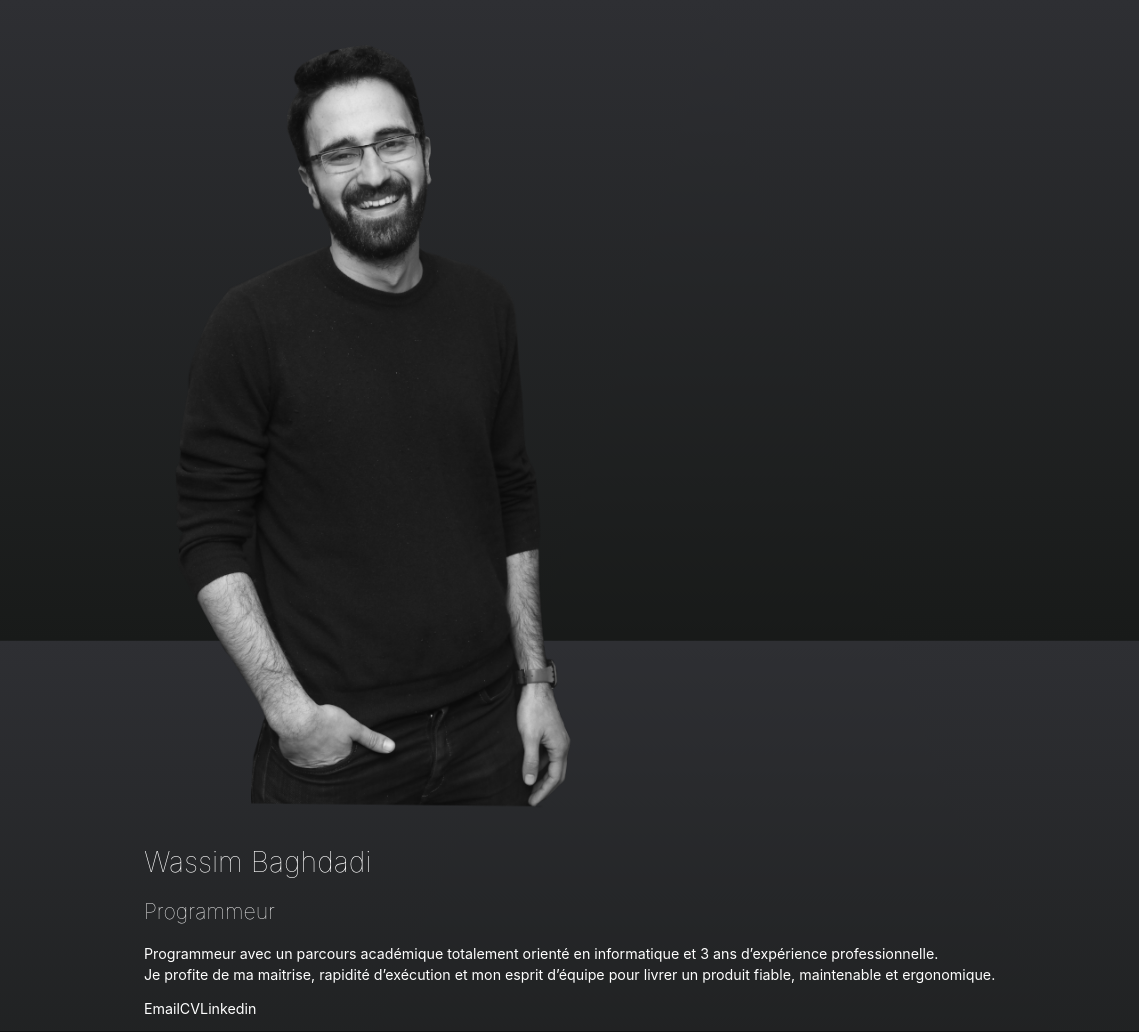
Repository: vvassim-baghdadi/wassimbaghdadi
Page: /
The author's editor kept a copy of each file at every save. The page is drawn from the files as they stood at one save, then again after the next save.
The browser window is 1280 px wide. The pictures show the whole page, at 89% of full size.
The project was rebuilt for these pictures with package versions that can differ from the ones it lists, and the page was loaded fresh each time. The framework's server and built-in components were replaced by stand-ins that run in the browser. Also part of the build but not shown: next.config.js.

Above is the page before, as saved 2023-01-18 12:15:12.

### src/pages/index.tsx
import Head from 'next/head'
import Image from 'next/image'
import { Inter } from '@next/font/google'
import styles from '../styles/Home.module.css'

const inter = Inter({ subsets: ['latin'] })

export default function Home() {
  return (
    <>
      <Head>
        <title>Wassim Baghdadi</title>
        <meta name="description" content="Generated by create next app" />
        <meta name="viewport" content="width=device-width, initial-scale=1" />
        <link rel="icon" href="/favicon.ico" />
      </Head>
      <main>
        <div className="content">
        <div className="image-container">
          <img
            srcSet="
              /assets/images/wassim-baghdadi/wassim-baghdadi-600x900.png 600w,
              /assets/images/wassim-baghdadi/wassim-baghdadi-200x300.png 200w
            "
            sizes="(max-width: 600px) 200px, 600px"
            src="/assets/images/wassim baghdadi/Wassim Baghdadi 600x900.png"
            loading="lazy"
            className="wassim-photo"
            alt="Wassim Baghdadi Photo"
          />
        </div>
        <div className={styles.info}>
          <h1>Wassim Baghdadi</h1>
          <h2>Programmeur</h2>
          <p>
            Programmeur avec un parcours académique totalement orienté en
            informatique et 3 ans d’expérience professionnelle.
            <br />
            Je profite de ma maitrise, rapidité d’exécution et mon esprit
            d’équipe pour livrer un produit fiable, maintenable et ergonomique.
          </p>
          <div className="links">
            <a
              className="button"
              href="mailto:vvassim.baghdadi@gmail.com"
              download
              target="_blank"
              >Email</a
            ><a
              className="button"
              href="./assets/files/CV-Wassim Baghdadi.pdf"
              download
              target="_blank"
              >CV</a
            >
            <a
              className="button"
              href="https://www.linkedin.com/in/wassim-baghdadi-7459b210a/"
              >Linkedin</a
            >
          </div>
        </div>
      </div>

      </main>
    </>
  )
}

### src/styles/globals.css
html {
  width: 100%;
  height: 100%;
  background-color: black;
  background-image: linear-gradient(180deg, #2e2f33 0%, #181a19 100%);
}
body {
  color: white;
  font-family: -apple-system, BlinkMacSystemFont, "Segoe UI", "Ubuntu", "Roboto",
    "Oxygen", "Helvetica Neue", Arial, sans-serif;
}
main {
  display: flex;
  justify-content: center;
}
h1,
h2 {
  font-weight: lighter;
}
a {
  color: white;
  text-decoration: none;
}
p {
  line-height: 1.5;
}

### src/styles/Home.module.css
/* Custom elements */
.button {
  text-transform: uppercase;
  padding: 0.5rem;
  border: 1px solid white;
  width: fit-content;
}
.content {
  display: flex;
}
@media screen and (max-width: 599px) {
  .content {
    flex-direction: column;
    justify-content: center;
  }
  .image-container {
    display: flex;
    justify-content: center;
  }
}
@media screen and (min-width: 600px) {
  .content {
    max-width: 1440px;
    flex-direction: row;
    justify-content: center;
    align-items: center;
  }
}
.info {
  padding: 1rem;
}
.links {
  display: flex;
}
.links > *:not(:first-child) {
  margin-left: 1rem;
}

Loaded but not shown: src/pages/_app.tsx (common file); src/pages/_document.tsx (common file)

After the next save:
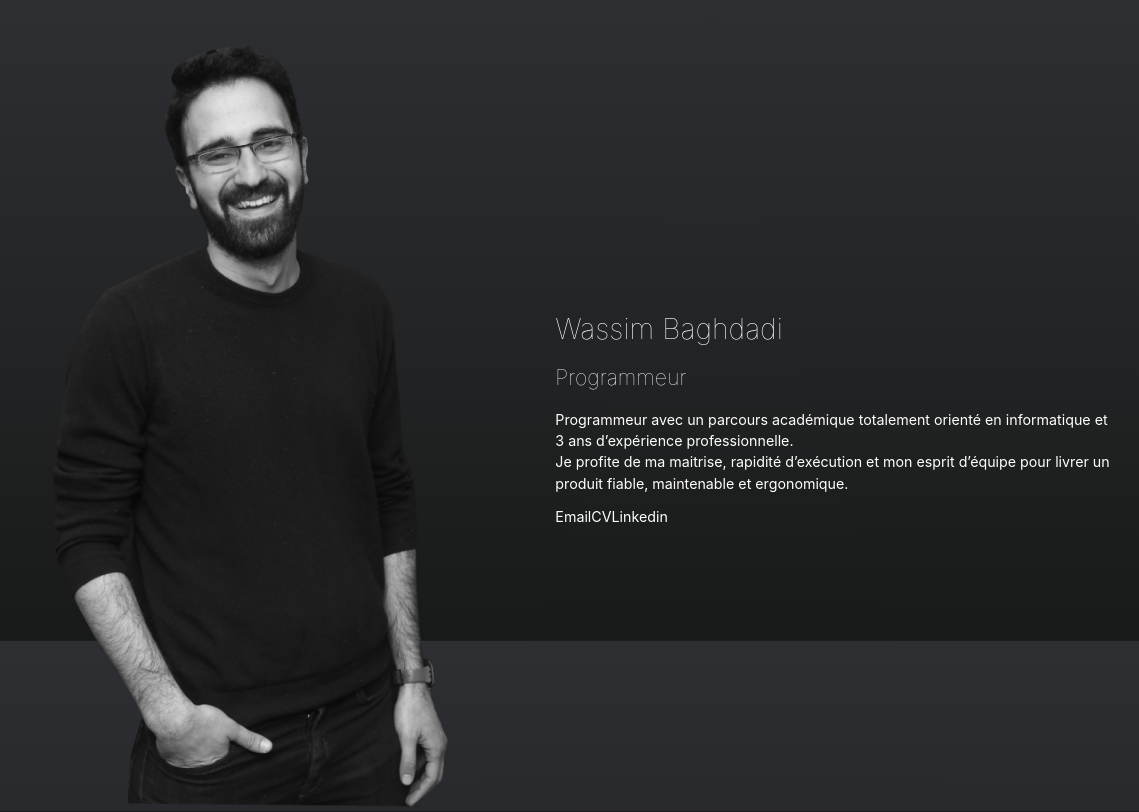
Saved 17 s later.
--- a/src/pages/index.tsx
+++ b/src/pages/index.tsx
@@ -15,7 +15,7 @@ export default function Home() {
         <link rel="icon" href="/favicon.ico" />
       </Head>
       <main>
-        <div className="content">
+        <div className={styles.content}>
         <div className="image-container">
           <img
             srcSet="
